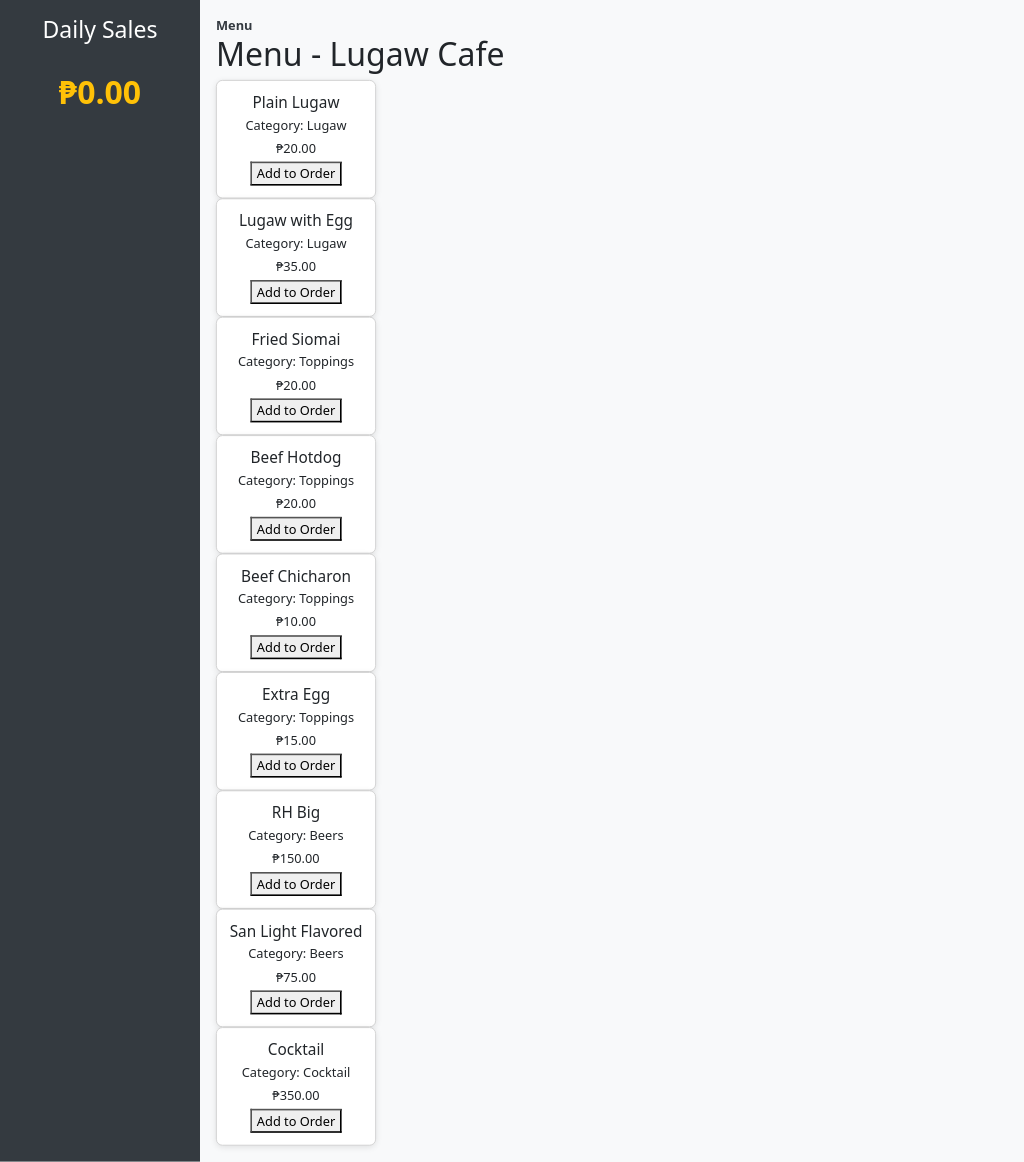
Repository: Jijiluzana225/lugawan_pitlane
Page: http://localhost/menu/
An editor plug-in stored every save of this project. The page is shown before and after the next save, followed by the edit.
The browser window is 1280 px wide. The pictures show the whole page, at 80% of full size.
The page is served by the project's application, run on Django 5.2 (manage.py). Other server files are loaded and not shown. The page reads the database file committed with the project.

Above is the page before, as saved 2025-03-06 09:06:56.

### pos/templates/pos/menu.html
{% extends 'pos/base.html' %}

{% block title %}Menu - Lugaw Cafe{% endblock %}

{% block content %}
<h1>Menu - Lugaw Cafe</h1>
<div class="menu">
    {% for product in products %}
        <div class="product">
            <h3>{{ product.name }}</h3>
            <p>Category: {{ product.category.name }}</p>
            <p>₱{{ product.price }}</p>
            <button>Add to Order</button>
        </div>
    {% endfor %}
</div>
{% endblock %}

### pos/templates/pos/base.html
<!DOCTYPE html>
<html lang="en">
<head>
    <meta charset="UTF-8">
    <meta name="viewport" content="width=device-width, initial-scale=1.0">
    <title>{% block title %}Lugaw Cafe POS{% endblock %}</title>

    <!-- Bootstrap CSS -->
    <link href="https://cdnjs.cloudflare.com/ajax/libs/bootstrap/5.3.0/css/bootstrap.min.css" rel="stylesheet">

    <style>
        body {
            display: flex;
            min-height: 100vh;
            background-color: #f8f9fa;
        }

        .sidebar {
            width: 250px;
            background: #343a40;
            color: #fff;
            padding: 20px;
        }

        .sidebar h2 {
            font-size: 1.8rem;
            text-align: center;
            margin-bottom: 30px;
        }

        .total-orders {
            font-size: 2.5rem;
            font-weight: bold;
            color: #ffc107;
            text-align: center;
        }

        .main-content {
            flex: 1;
            padding: 20px;
        }

        .catalog {
            display: flex;
            flex-wrap: wrap;
            gap: 20px;
            justify-content: flex-start;
        }

        .product {
            border: 1px solid #ccc;
            padding: 15px;
            width: 200px;
            text-align: center;
            background-color: #ffffff;
            border-radius: 8px;
            box-shadow: 0 2px 8px rgba(0, 0, 0, 0.1);
            transition: transform 0.2s ease-in-out;
        }

        .product:hover {
            transform: scale(1.05);
        }

        .product h3 {
            margin: 0;
            font-size: 1.2rem;
            color: #212529;
        }

        .product p {
            margin: 5px 0;
        }

        .btn-add {
            background-color: #28a745;
            color: white;
            border: none;
            padding: 8px 12px;
            border-radius: 5px;
            transition: background-color 0.2s ease-in-out;
        }

        .btn-add:hover {
            background-color: #218838;
        }

        nav a {
            margin-right: 15px;
            text-decoration: none;
            color: #343a40;
            font-weight: bold;
        }
    </style>
</head>
<body>

    <!-- Sidebar with total orders -->
    <div class="sidebar">
        <h2>Daily Sales</h2>
        <div class="total-orders">
            ₱{{ total_sales|default:"0.00" }}
        </div>
    </div>

    <div class="main-content">
        <nav>
            <a href="{% url 'menu' %}">Menu</a>

        </nav>

        {% block content %}{% endblock %}
    </div>

</body>
</html>

### pos/models.py
from django.db import models
from django.utils.timezone import now

class Category(models.Model):
    name = models.CharField(max_length=100)

    def __str__(self):
        return self.name

from django.db import models
from django.utils.timezone import now

class Category(models.Model):
    name = models.CharField(max_length=100)

    def __str__(self):
        return self.name

class Product(models.Model):
    name = models.CharField(max_length=200)
    category = models.ForeignKey(Category, on_delete=models.CASCADE)
    price = models.DecimalField(max_digits=10, decimal_places=2)
    available = models.BooleanField(default=True)

    def __str__(self):
        return self.name

    @property
    def total_ordered_today(self):
        from django.db.models import Sum
        from datetime import date

        today = date.today()
        total = OrderItem.objects.filter(
            product=self,
            datetimestamp__date=today
        ).aggregate(Sum('quantity'))['quantity__sum']

        return total or 0


class OrderItem(models.Model):
    product = models.ForeignKey(Product, on_delete=models.CASCADE)
    quantity = models.PositiveIntegerField(default=1)
    datetimestamp = models.DateTimeField(default=now)  # New field

    def __str__(self):
        return f"{self.quantity} x {self.product.name} at {self.datetimestamp}"

### pos/views.py
from django.shortcuts import render
from .models import Category, Product
def menu(request):
    products = Product.objects.filter(available=True)
    return render(request, 'pos/menu.html', {'products': products})




def catalog(request):
    categories = Category.objects.prefetch_related('product_set').all()
    return render(request, 'pos/catalog.html', {'categories': categories})


from django.shortcuts import redirect, get_object_or_404
from django.utils.timezone import now
from .models import Product, OrderItem

def add_to_order(request):
    if request.method == 'POST':
        product_id = request.POST.get('product_id')
        quantity = int(request.POST.get('quantity', 1))  # Get quantity, default to 1 if missing
        product = get_object_or_404(Product, id=product_id)

        # Always create a new OrderItem record with the provided quantity
        OrderItem.objects.create(
            product=product,
            quantity=quantity,
            datetimestamp=now()
        )

    return redirect('catalog')

### lugaw_pos/urls.py
from django.contrib import admin
from django.urls import path, include

urlpatterns = [
    path('admin/', admin.site.urls),
    path('', include('pos.urls')),
]

### pos/urls.py
from django.urls import path
from . import views

urlpatterns = [
    path('menu/', views.menu, name='menu'),

    path('catalog/', views.catalog, name='catalog'),  # New catalog page
    path('add-to-order/', views.add_to_order, name='add_to_order'),  # New URL for adding to order

]

### db.sqlite3 (the tables this page reads, as SQL)
CREATE TABLE "pos_category" ("id" integer NOT NULL PRIMARY KEY AUTOINCREMENT, "name" varchar(100) NOT NULL);
INSERT INTO "pos_category" VALUES
(1, 'Lugaw'),
(2, 'Toppings'),
(3, 'Beers'),
(4, 'Cocktail');

CREATE TABLE "pos_product" ("id" integer NOT NULL PRIMARY KEY AUTOINCREMENT, "name" varchar(200) NOT NULL, "price" decimal NOT NULL, "available" bool NOT NULL, "category_id" bigint NOT NULL REFERENCES "pos_category" ("id") DEFERRABLE INITIALLY DEFERRED);
INSERT INTO "pos_product" VALUES
(1, 'Plain Lugaw', 20, 1, 1),
(2, 'Lugaw with Egg', 35, 1, 1),
(3, 'Fried Siomai', 20, 1, 2),
(4, 'Beef Hotdog', 20, 1, 2),
(5, 'Beef Chicharon', 10, 1, 2),
(6, 'Extra Egg', 15, 1, 2),
(7, 'RH Big', 150, 1, 3),
(8, 'San Light Flavored', 75, 1, 3),
(9, 'Cocktail', 350, 1, 4);

### pos/templates/pos/catalog.html
{% extends 'pos/base.html' %}

{% block title %}Product Catalog - Lugaw Cafe{% endblock %}

{% block content %}
<h1>Product Catalog</h1>
{% for category in categories %}
    <h2>{{ category.name }}</h2>
    <div class="catalog">
        {% for product in category.product_set.all %}
            <div class="product">
                <h3>{{ product.name }}</h3>
                <p>₱{{ product.price }}</p>

                <!-- Running total ordered today -->
                {% with total_ordered=product.total_ordered_today %}
                    <p>Ordered today: {{ total_ordered|default:0 }}</p>
                {% endwith %}

                {% if product.available %}
                    <form action="{% url 'add_to_order' %}" method="post">
                        {% csrf_token %}
                        <input type="hidden" name="product_id" value="{{ product.id }}">
                        <label for="qty_{{ product.id }}">Qty:</label>
                        <input type="number" name="quantity" id="qty_{{ product.id }}" value="1" min="1" required>
                        <button type="submit">Add to Order</button>
                    </form>
                {% else %}
                    <p style="color: red;">Out of Stock</p>
                {% endif %}
            </div>
        {% empty %}
            <p>No products available in this category.</p>
        {% endfor %}
    </div>
{% empty %}
    <p>No categories available.</p>
{% endfor %}
{% endblock %}

After the next save:
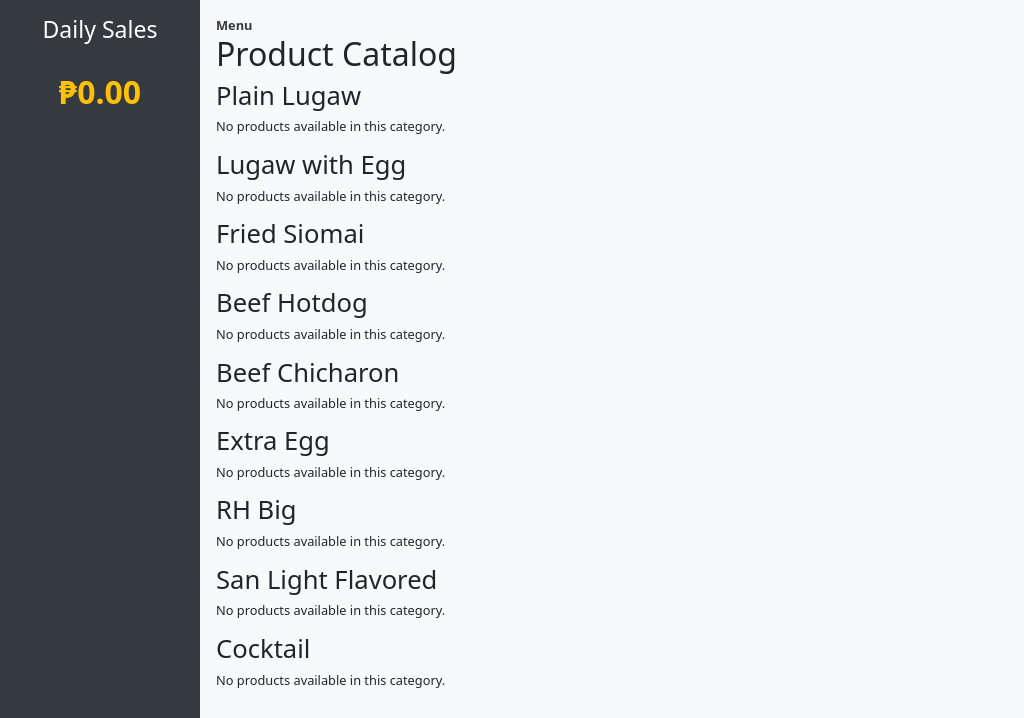
Saved 73 s later.
--- a/pos/views.py
+++ b/pos/views.py
@@ -30,3 +30,24 @@ def add_to_order(request):
         )
 
     return redirect('catalog')
+
+
+from django.shortcuts import render
+from django.db.models import Sum
+from django.utils.timezone import now
+from datetime import date
+from .models import Product, OrderItem
+
+def menu(request):
+    categories = Product.objects.select_related('category').all()
+
+    # Calculate total sales for the day
+    today = date.today()
+    total_sales = OrderItem.objects.filter(
+        datetimestamp__date=today
+    ).aggregate(total=Sum('product__price', field='product__price * quantity'))['total'] or 0
+
+    return render(request, 'pos/catalog.html', {
+        'categories': categories,
+        'total_sales': total_sales
+    })
